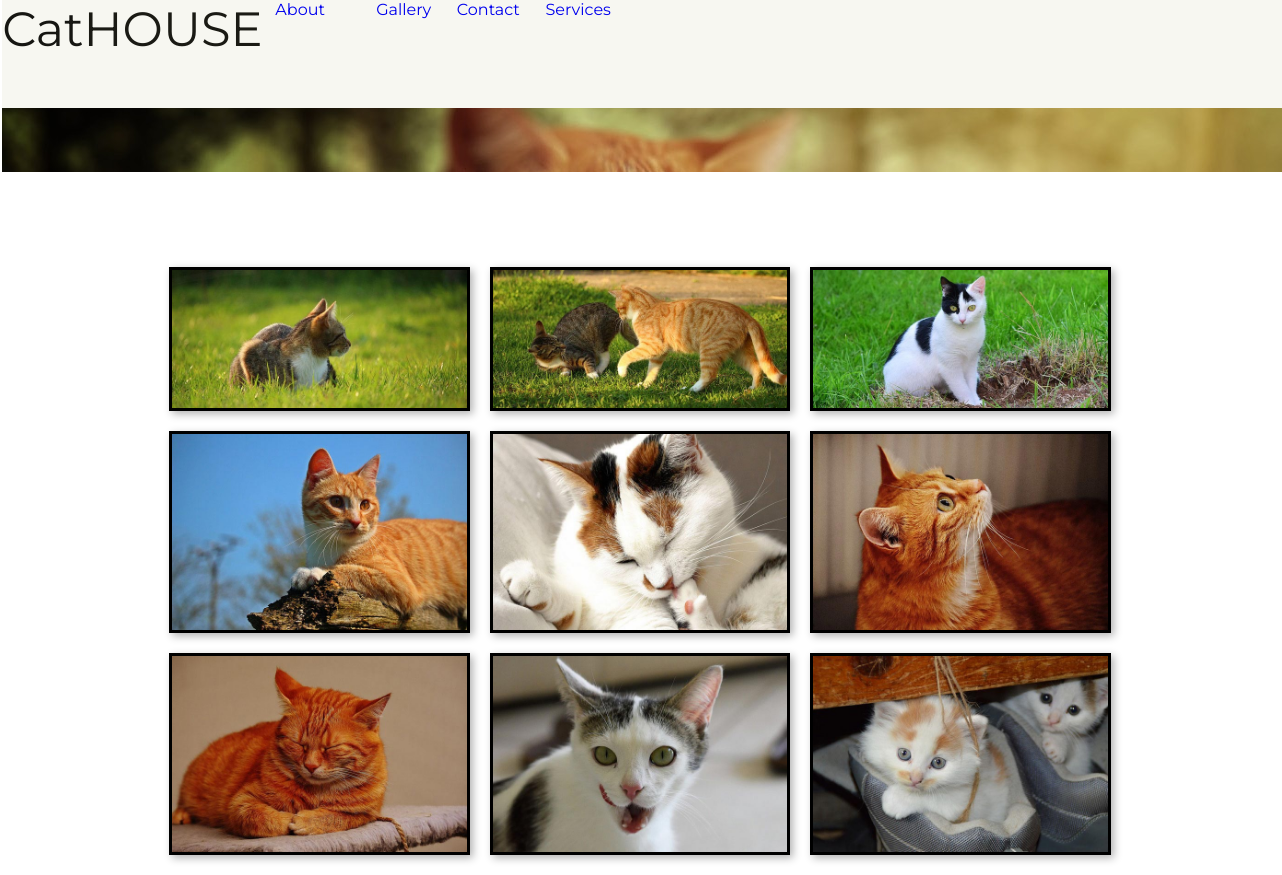
Repository: raul4264/final
Page: Gallery.html
The author's editor kept a copy of each file at every save. The page is drawn from the files as they stood at one save, then again after the next save.
The browser window is 1280 px wide. The page is 1282 px wide, so the pictures cover 1282 px, including what lies to the right of the window. The pictures show the whole page.

Above is the page before, as saved 2021-03-23 12:02:52.

After the next save:
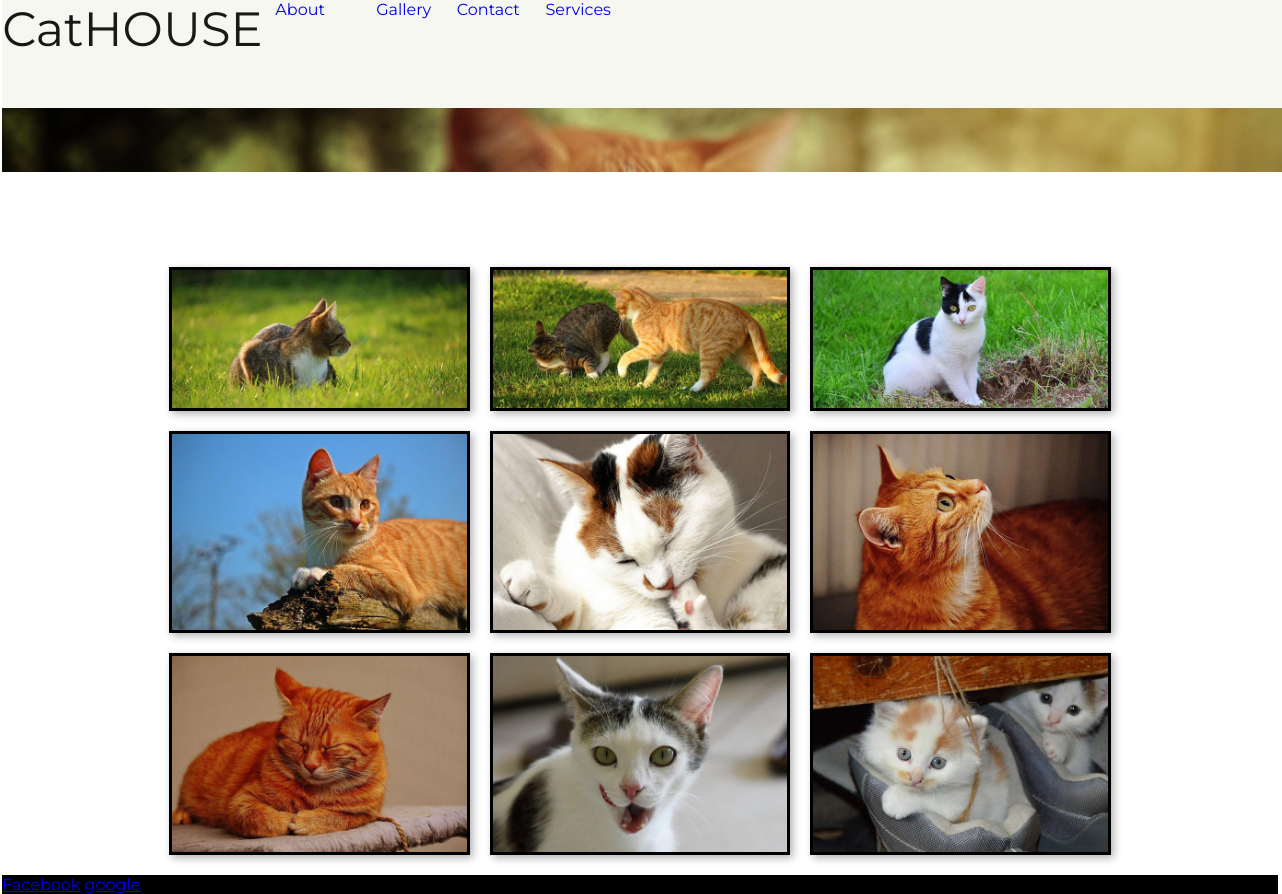
Saved 35 s later.
--- a/Gallery.html
+++ b/Gallery.html
@@ -49,10 +49,10 @@
 
 
         <footer>
-            <!--  <div class="footer">
+             <div class class="footer">
                 <a href="http://www.facebook.com " target="blanck ">Facebook</a>
                 <a href="http://www.google.com " target="blanck ">google</a>
-            </div> -->
+            </div>
         </footer>
 
 
